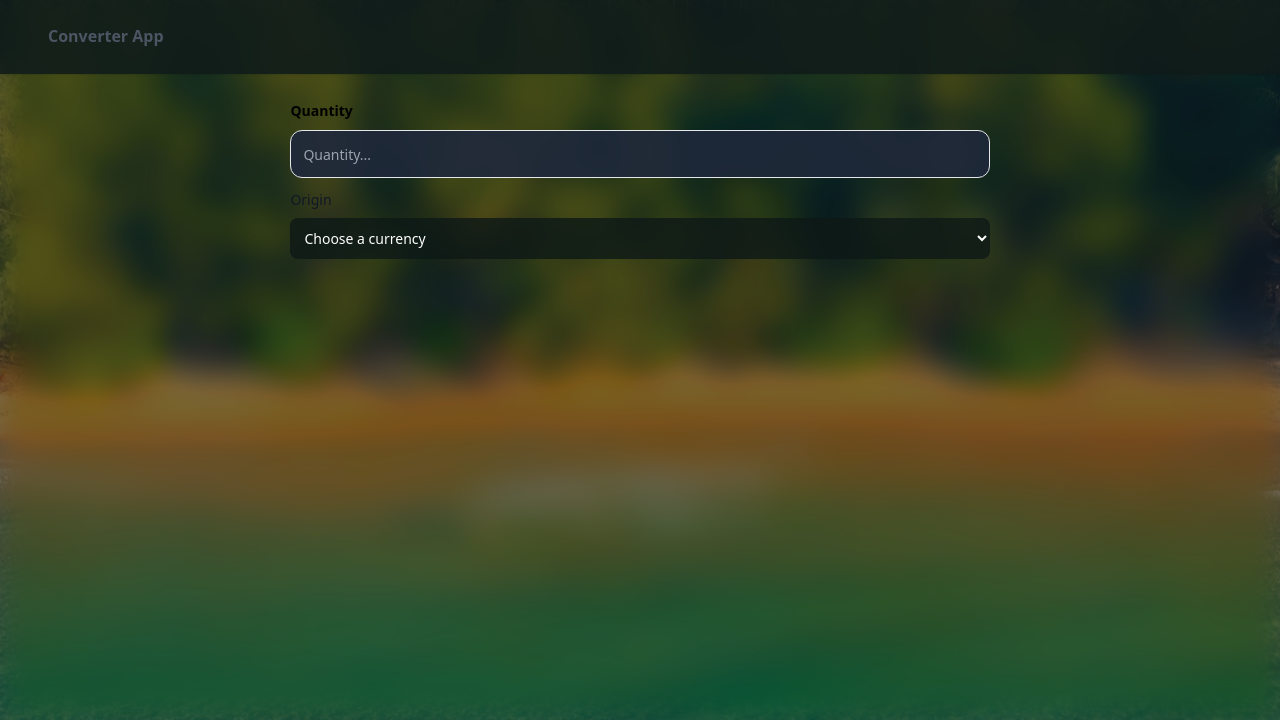
Repository: mikelCabezas/angular-exercices
Page: / (app in converter/)
The author's editor kept a copy of each file at every save. The page is drawn from the files as they stood at one save, then again after the next save.
The browser window is 1280 px wide. The pictures show the whole page.
The project was rebuilt for these pictures with package versions that can differ from the ones it lists, and the page was loaded fresh each time. Also part of the build but not shown: converter/angular.json.

Above is the page before, as saved 2023-09-15 18:20:47.

### converter/src/styles.css
@tailwind base;
@tailwind components;
@tailwind utilities;

body {
    background-image: url('./assets/sunset-beach.jpeg');
    background-position: center;
}

### converter/src/app/app.module.ts
import { NgModule } from '@angular/core';
import { BrowserModule } from '@angular/platform-browser';

import { AppComponent } from './app.component';
import { NavbarComponent } from './components/navbar/navbar.component';
import { ConverterComponent } from './components/converter/converter.component';

@NgModule({
  declarations: [
    AppComponent,
    NavbarComponent,
    ConverterComponent
  ],
  imports: [
    BrowserModule
  ],
  providers: [],
  bootstrap: [AppComponent]
})
export class AppModule { }

### converter/src/app/app.component.ts
import { Component } from '@angular/core';

@Component({
  selector: 'app-root',
  templateUrl: './app.component.html',
  styleUrls: ['./app.component.css']
})
export class AppComponent {
  title = 'converter';
}

### converter/src/app/components/converter/converter.component.ts
import { Component } from '@angular/core';

@Component({
  selector: 'app-converter',
  templateUrl: './converter.component.html',
  styleUrls: ['./converter.component.css']
})
export class ConverterComponent {

}

### converter/src/app/app.component.html
<div class="root min-w-screen min-h-screen bg-gray-900Z bg-[#11192890] backdrop-saturate-200 backdrop-blur-lg">
    <app-navbar/>
    <app-converter/>
</div>

### converter/src/app/components/navbar/navbar.component.html
<nav class="shadow bg-[rgba(16,28,26,0.9)] ">
    <div class="container flex items-center  p-6 mx-auto text-gray-600 capitalize dark:text-gray-300">
        <a href="#" class="border-b-2 border-transparent hover:text-gray-800 dark:hover:text-gray-200 hover:border-blue-500 mx-1.5 sm:mx-6 font-bold">
            Converter App
        </a>
    </div>
</nav>

### converter/src/app/components/converter/converter.component.html
<div class="container mx-auto p-6 flex justify-center">
    <div class="row w-3/5">
        <div class="col px-5">
            <div class="mb-3">
                <label for="email" class="text-sm text-navy-700 dark:text-white font-bold">Quantity</label>
                <input type="number" placeholder="Quantity..." class="mt-2 flex h-12 w-full items-center justify-center rounded-xl border bg-slate-800/90 p-3 text-sm outline-none border-gray-200">
            </div>
        </div>
        <div class="col px-5">
            <label for="countries" class="block mb-2 text-sm font-medium text-gray-900 dark:text-gray-400">Origin</label>
            <select id="countries" class=" text-sm rounded-lg focus:ring-blue-500 focus:border-blue-500 block w-full p-2.5 bg-[rgba(13,24,23,0.8)] border-gray-200 placeholder-gray-400 text-white dark:focus:ring-blue-500 dark:focus:border-blue-500">
                <option selected>Choose a currency</option>
                <option value="EUR">Euro</option>
                <option value="USD">US Dollar</option>
                <option value="CHF">Suiss francs</option>
            </select>
        </div>
        <div class="col"></div>
    </div>
</div>

Loaded but not shown: converter/src/index.html (common file); converter/src/main.ts (common file); converter/src/app/components/navbar/navbar.component.ts (common file); converter/tailwind.config.js (common file); converter/src/app/app.component.css (no stored copy; drawn as an empty file); converter/src/app/components/navbar/navbar.component.css (no stored copy; drawn as an empty file); converter/src/app/components/converter/converter.component.css (no stored copy; drawn as an empty file)

After the next save:
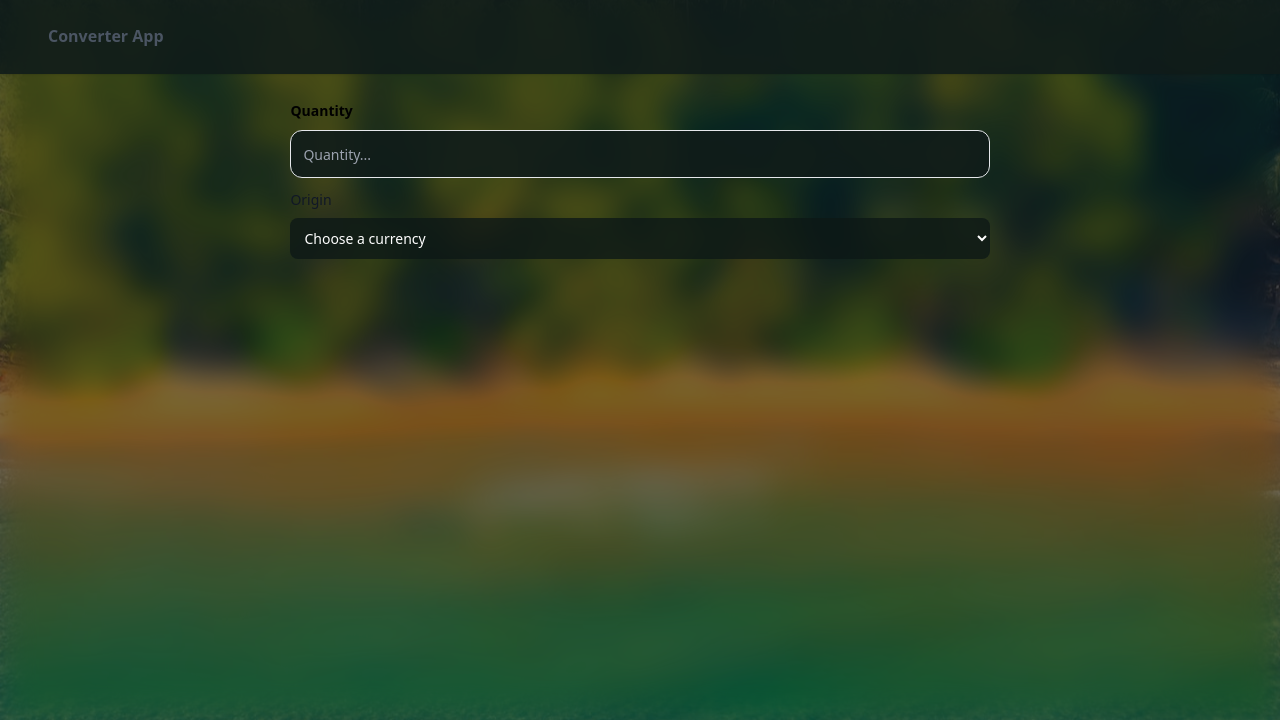
Saved 17 s later.
--- a/converter/src/app/components/converter/converter.component.html
+++ b/converter/src/app/components/converter/converter.component.html
@@ -3,7 +3,7 @@
         <div class="col px-5">
             <div class="mb-3">
                 <label for="email" class="text-sm text-navy-700 dark:text-white font-bold">Quantity</label>
-                <input type="number" placeholder="Quantity..." class="mt-2 flex h-12 w-full items-center justify-center rounded-xl border bg-slate-800/90 p-3 text-sm outline-none border-gray-200">
+                <input type="number" placeholder="Quantity..." class="mt-2 flex h-12 w-full items-center justify-center rounded-xl border bg-[rgba(16,28,26,0.9)] p-3 text-sm outline-none border-gray-200">
             </div>
         </div>
         <div class="col px-5">
